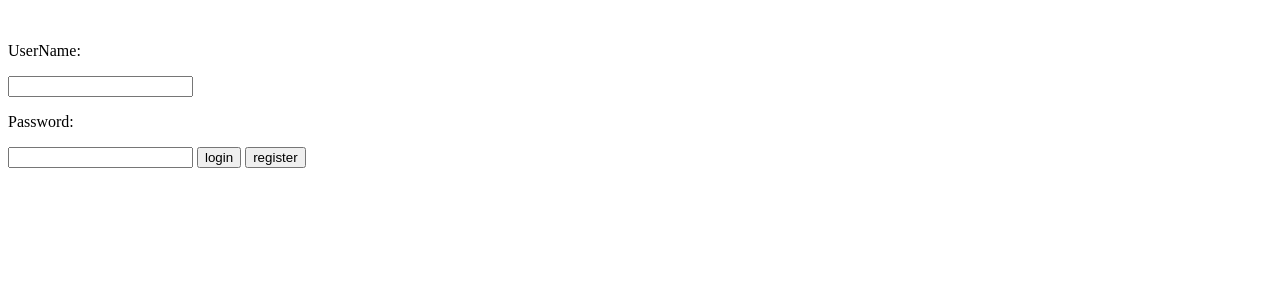
Repository: Hamzamshoaib/us2
Page: http://localhost/te_assignment_2/
These files come from the project's save history. The page is drawn as it stood at one moment and after the next save; the edit follows.
The browser window is 1280 px wide. The pictures show the whole page.
The page is served by Tomcat 9. Other server files are loaded and not shown. Queries for data that is not in the repository find no rows.

Above is the page before, as saved 2015-05-08 18:38:48.

### te_assignment_2/WebContent/index.jsp
<%@ page language="java" contentType="text/html; charset=US-ASCII"
    pageEncoding="US-ASCII"%>
<!DOCTYPE html PUBLIC "-//W3C//DTD HTML 4.01 Transitional//EN" "http://www.w3.org/TR/html4/loose.dtd">
<html>
<head>
<meta http-equiv="Content-Type" content="text/html; charset=US-ASCII">
<title>	Daily Auction</title>
</head>
<body>
<FORM NAME="loginform" ACTION="Login" METHOD="POST">
${message}
<br>
<p>UserName: </p>
<INPUT type="text" name="username">
<br>
<p>Password: </p>
<INPUT type="password" name="password">
<INPUT TYPE="button" name="action" value="login">
<INPUT TYPE="button" name="action" value="register">

</FORM>
</body>
</html>

### te_assignment_2/src/edu/unsw/comp9321/Email.java
package edu.unsw.comp9321;


import java.util.Properties;
import javax.mail.Message;
import javax.mail.MessagingException;
import javax.mail.PasswordAuthentication;
import javax.mail.Session;
import javax.mail.Transport;
import javax.mail.internet.InternetAddress;
import javax.mail.internet.MimeMessage;


public class Email {

	String from;
    final String username = "dailyauctiondeals";
    final String password = "moshe123";
    String host;
    Properties props;
    Session session;

	public Email(){
		from = "dailyauctiondeals@gmail.com";
		host = "smtp.gmail.com";

		props = new Properties();
		props.put("mail.smtp.auth", "true");
		props.put("mail.smtp.starttls.enable", "true");
		props.put("mail.smtp.host", host);
		props.put("mail.smtp.port", "587");

		session = Session.getInstance(props,
	      new javax.mail.Authenticator() {
	         protected PasswordAuthentication getPasswordAuthentication() {
	            return new PasswordAuthentication(username, password);
	         }
		});
	}

	public Boolean sendVerifyEmail(String to, String IDToken){

	      try {
	         // Create a default MimeMessage object.
	         Message message = new MimeMessage(session);

	         // Set From: header field of the header.
	         message.setFrom(new InternetAddress(from));

	         // Set To: header field of the header.
	         message.setRecipients(Message.RecipientType.TO,
	         InternetAddress.parse(to));
	         // Set Subject: header field
	         message.setSubject("Welcome to Daily Auction Deals! Please verify your email.");
	         // Now set the actual message
	         message.setText("Hi!\n\n"
	         		+ "Welcome to Daily Auction Deals! To use your account, please verify your email by clicking this link "
	         		+ "\n\n\thttp://localhost:8080/te_assignment_2/verification?verification_token=" + IDToken
	         		+ "\n\n"
	         		+ "Daily Auction Deals Team :)");

	         // Send message
	         Transport.send(message);

	         System.out.println("Sent message successfully...");

	      } catch (MessagingException e) {
	    	  return false;
	      }

		return true;
	}

	public Boolean newHighBid(int Item_ID){
		UserController uc = new UserController();
		BiddingController bc = new BiddingController();
		String user = bc.winningBidder(Item_ID);
		int highestBid = bc.currentWinningBid(Item_ID);
		String to = uc.getEmail(user);
		String itemName = uc.getItemName(Item_ID);
	      try {
		         // Create a default MimeMessage object.
		         Message message = new MimeMessage(session);

		         // Set From: header field of the header.
		         message.setFrom(new InternetAddress(from));

		         // Set To: header field of the header.
		         message.setRecipients(Message.RecipientType.TO,
		         InternetAddress.parse(to));
		         // Set Subject: header field
		         message.setSubject("Congratulations " + user + "! You have the highest bid at the moment!");
		         // Now set the actual message
		         message.setText("Hi!\n\n"
		         		+ "You have the highest bid for " + itemName + " at $" + highestBid + "."
		         		+ "\n\n"
		         		+ "Daily Auction Deals Team :)");

		         // Send message
		         Transport.send(message);

		         System.out.println("Sent New High Bid Mail successfully...");

	      } catch (MessagingException e) {
	    	  return false;
	      }
	      return true;
	}

	public Boolean sendLostBidEmail(int Item_ID){
		UserController uc = new UserController();
		BiddingController bc = new BiddingController();

		String user = bc.secondHighestBidder(Item_ID);
		if (user == null){
			System.out.println("He was the only bidder");
			return false;
		}

		int highestBid = bc.currentWinningBid(Item_ID);
		String to = uc.getEmail(user);
		String itemName = uc.getItemName(Item_ID);
	      try {
		         // Create a default MimeMessage object.
		         Message message = new MimeMessage(session);

		         // Set From: header field of the header.
		         message.setFrom(new InternetAddress(from));

		         // Set To: header field of the header.
		         message.setRecipients(Message.RecipientType.TO,
		         InternetAddress.parse(to));
		         // Set Subject: header field
		         message.setSubject("Oh no, " + user + "! You've been outbid!");
		         // Now set the actual message
		         message.setText("Hi!\n\n"
		         		+ "Unfortunately you have been outbid for your " + itemName + ".\n\n"
		         		+ "The new highest bid is: $" + highestBid + "."
		         		+ "\n\n"
		         		+ "Daily Auction Deals Team :)");

		         // Send message
			         Transport.send(message);

			         System.out.println("Sent Lost Bid Mail successfully...");

	      } catch (MessagingException e) {
	    	  return false;
	      }
	      return true;
	}

	public Boolean emailWinner(int Item_ID){
		UserController uc = new UserController();
		BiddingController bc = new BiddingController();
		String user = bc.winningBidder(Item_ID);
		int highestBid = bc.currentWinningBid(Item_ID);
		String to = uc.getEmail(user);
		String itemName = uc.getItemName(Item_ID);
	      try {
		         // Create a default MimeMessage object.
		         Message message = new MimeMessage(session);

		         // Set From: header field of the header.
		         message.setFrom(new InternetAddress(from));

		         // Set To: header field of the header.
		         message.setRecipients(Message.RecipientType.TO,
		         InternetAddress.parse(to));
		         // Set Subject: header field
		         message.setSubject("Congratulations " + user + "! You have won an item!");
		         // Now set the actual message
		         message.setText("Hi!\n\n"
		         		+ "You have won a brand new " + itemName + " for $" + highestBid + "! :)"
		         		+ "\n\n"
		         		+ "Daily Auction Deals Team :)");

		         // Send message
		         Transport.send(message);

		         System.out.println("Sent winner email successfully...");

	      } catch (MessagingException e) {
	    	  return false;
	      }
	      return true;
	}

	public Boolean emailOwner(int Item_ID){
		UserController uc = new UserController();
		BiddingController bc = new BiddingController();
		String user = uc.getItemOwner(Item_ID);
		int highestBid = bc.currentWinningBid(Item_ID);
		String to = uc.getEmail(user);
		String itemName = uc.getItemName(Item_ID);
	      try {
		         // Create a default MimeMessage object.
		         Message message = new MimeMessage(session);

		         // Set From: header field of the header.
		         message.setFrom(new InternetAddress(from));

		         // Set To: header field of the header.
		         message.setRecipients(Message.RecipientType.TO,
		         InternetAddress.parse(to));
		         // Set Subject: header field
		         message.setSubject("Congratulations " + user + "! Your item has been sold!");
		         // Now set the actual message
		         message.setText("Hi!\n\n"
		         		+ "You have sold your item " + itemName + " for $" + highestBid + "! :)"
		         		+ "\n\n"
		         		+ "Daily Auction Deals Team :)");

		         // Send message
		         Transport.send(message);

		         System.out.println("Sent owner email successfully...");

	      } catch (MessagingException e) {
	    	  return false;
	      }
	      return true;
	}

	public Boolean lessThanReserved(int Item_ID){
		UserController uc = new UserController();
		BiddingController bc = new BiddingController();
		String user = uc.getItemOwner(Item_ID);
		int highestBid = bc.currentWinningBid(Item_ID);
		String to = uc.getEmail(user);
		String itemName = uc.getItemName(Item_ID);
	      try {
		         // Create a default MimeMessage object.
		         Message message = new MimeMessage(session);

		         // Set From: header field of the header.
		         message.setFrom(new InternetAddress(from));

		         // Set To: header field of the header.
		         message.setRecipients(Message.RecipientType.TO,
		         InternetAddress.parse(to));
		         // Set Subject: header field
		         message.setSubject(user + ", your item has not reached its reserve price");
		         // Now set the actual message
		         message.setText("Hi!\n\n"
		         		+ "Your item, " + itemName + " has an offer of $" + highestBid
		         		+ " which is below your reserve price of $" + bc.getReservePrice(Item_ID) + ".\n\n"
		         		+ "Log into your account to accept or reject this offer."
		         		+ "\n\n"
		         		+ "Daily Auction Deals Team :)");

		         // Send message
		         Transport.send(message);

		         System.out.println("Sent reserved price notification email successfully...");

	      } catch (MessagingException e) {
	    	  return false;
	      }
	      return true;
	}

	public Boolean itemNotSold(int Item_ID){
		UserController uc = new UserController();
		String user = uc.getItemOwner(Item_ID);
		String to = uc.getEmail(user);
		String itemName = uc.getItemName(Item_ID);
	      try {
		         // Create a default MimeMessage object.
		         Message message = new MimeMessage(session);

		         // Set From: header field of the header.
		         message.setFrom(new InternetAddress(from));

		         // Set To: header field of the header.
		         message.setRecipients(Message.RecipientType.TO,
		         InternetAddress.parse(to));
		         // Set Subject: header field
		         message.setSubject(user + ", your item wasn't sold :(");
		         // Now set the actual message
		         message.setText("Hi!\n\n"
		         		+ "Your item, " + itemName + ", has not had any bids and was not sold. :( \n\n"
		         		+ "Log into your account and re-add if you want."
		         		+ "\n\n"
		         		+ "Daily Auction Deals Team :)");

		         // Send message
		         Transport.send(message);

		         System.out.println("Sent item not sold notification email successfully...");

	      } catch (MessagingException e) {
	    	  return false;
	      }
	      return true;
	}

	public void newBidEmails(int Item_ID){
		newHighBid(Item_ID);
		sendLostBidEmail(Item_ID);
	}

	public void endAuctionEmails(int Item_ID){
		emailWinner(Item_ID);
		emailOwner(Item_ID);
	}
}

After the next save:
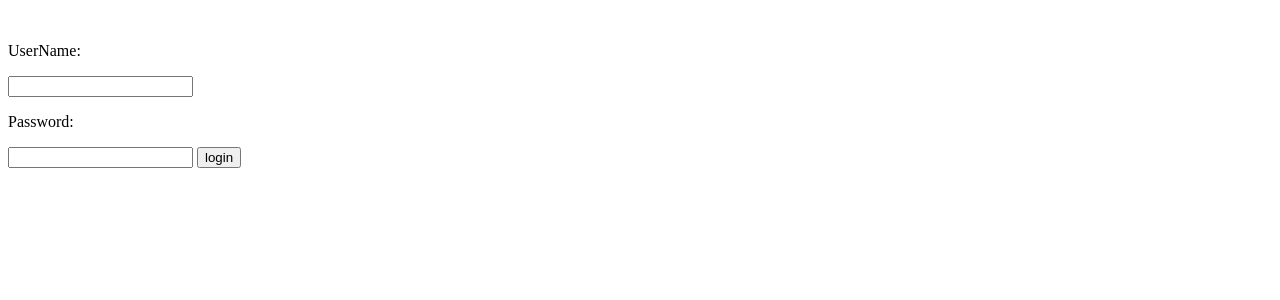
Saved 34 s later.
--- a/te_assignment_2/WebContent/index.jsp
+++ b/te_assignment_2/WebContent/index.jsp
@@ -16,7 +16,7 @@ ${message}
 <p>Password: </p>
 <INPUT type="password" name="password">
 <INPUT TYPE="button" name="action" value="login">
-<INPUT TYPE="button" name="action" value="register">
+<!-- <INPUT TYPE="button" name="action" value="register">-->
 
 </FORM>
 </body>
